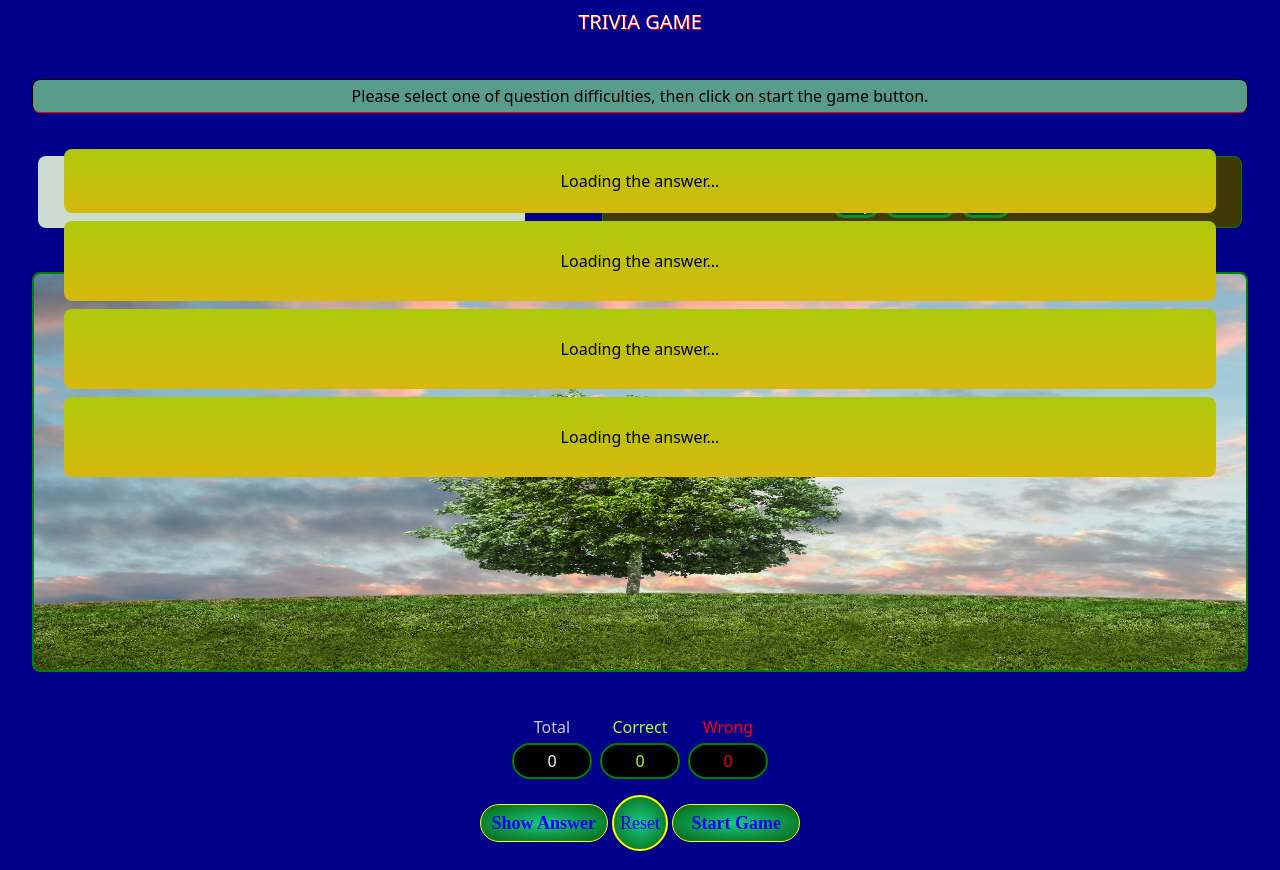
Repository: ShindanoSingi/bembe-trivia
Page: index.html
These files come from the project's save history. The page is drawn as it stood at one moment and after the next save; the edit follows.
The browser window is 1280 px wide. The pictures show the whole page.
Some web libraries are served in a nearby version.

Above is the page before, as saved 2022-09-08 00:57:04.

After the next save:
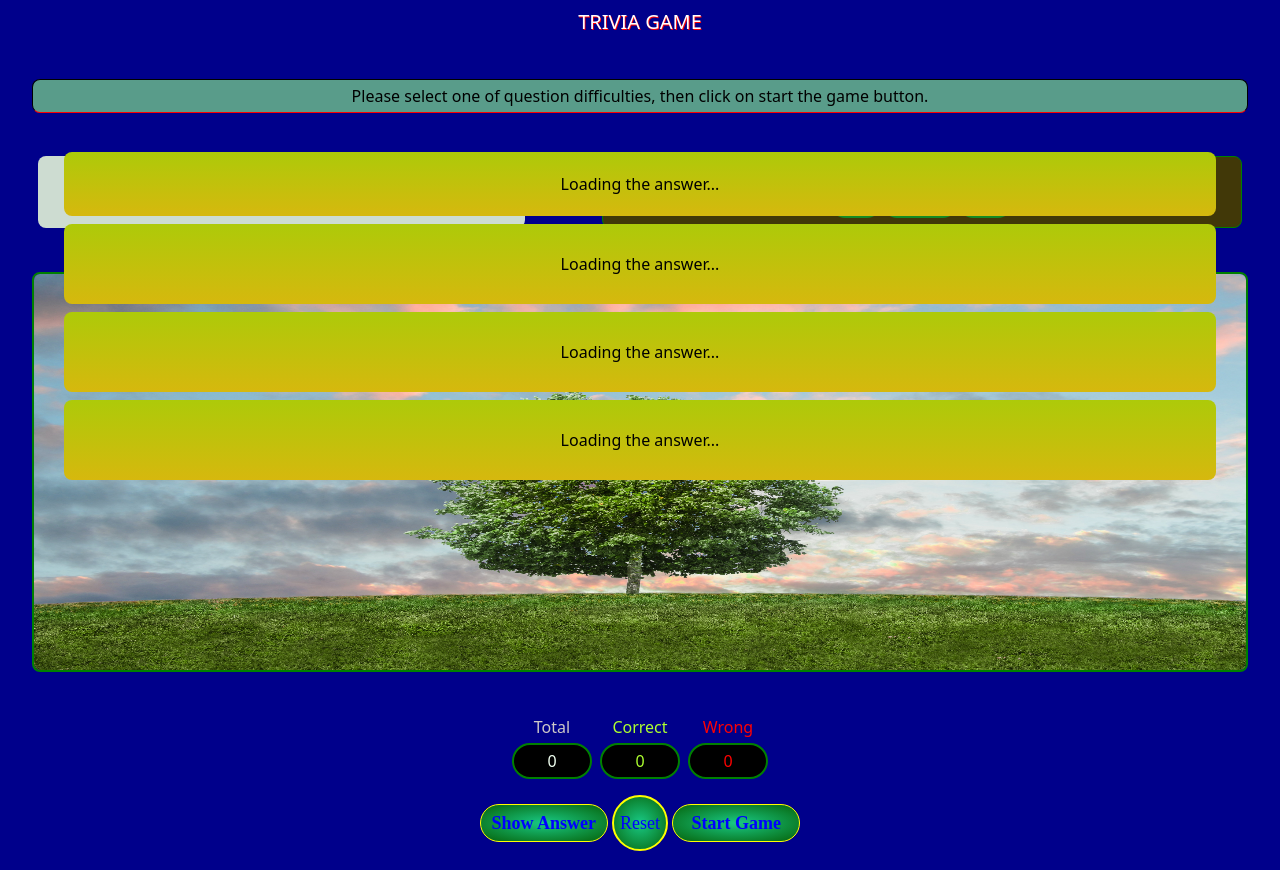
Saved 5 s later.
--- a/index.html
+++ b/index.html
@@ -34,7 +34,7 @@
             </div>
             <div class="imgAndQuestions">
                 <img class="w-[95vw] h-[25rem] mx-auto" src="pexels-skitterphoto-9198.jpg" alt="nature image">
-                <div class="answersButtons absolute bottom-[15.2rem] ml-[5vw] flex space-y-2 items-center  flex-col">
+                <div class="answersButtons absolute bottom-[15rem] ml-[5vw] flex space-y-2 items-center  flex-col">
                     <button class="showAnswer w-[90vw] p-1 absolute bottom-[17rem] mx-auto text-sm h-[5rem]">Loading the answer...</button>
                     <button class="response w-[90vw] p-1 text-center text-md h-[4rem]" id="response1">Loading the answer...</button>
                     <button class="response w-[90vw] p-1 text-md h-[5rem]" id="response2">Loading the answer...</button>
